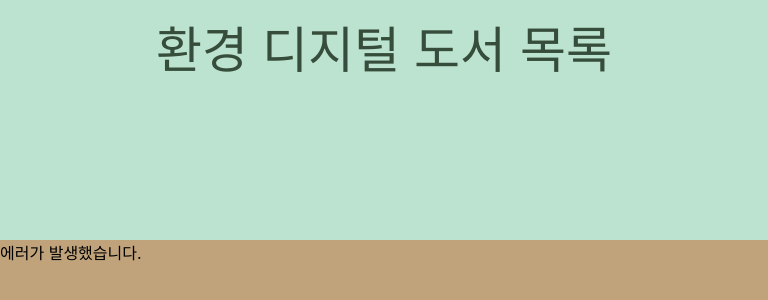
Repository: sojihwan/API
Page: / (app in contents/)
These files come from the project's save history. The page is drawn as it stood at one moment and after a run of saves; the edit follows.
The browser window is 768 px wide. The pictures show the whole page.
The page's requests for data from a server got no answer. The project was rebuilt for these pictures with package versions that can differ from the ones it lists, and the page was loaded fresh each time. No one was signed in, and anything a server would have sent is missing. Also part of the build but not shown: contents/src/css/Select.css, contents/src/css/Modal.css, contents/src/content/Modal.js.

Above is the page before, as saved 2022-05-26 13:29:32.

After the next 2 saves:
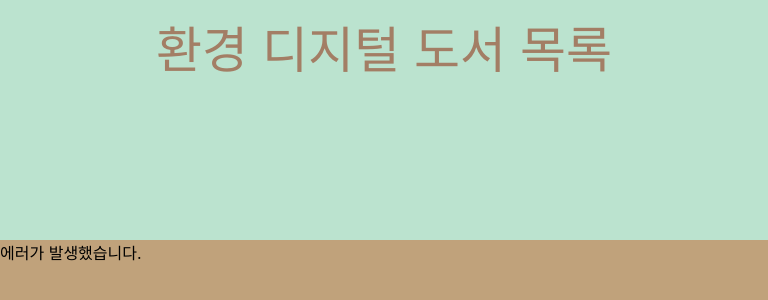
The 2 saves are shown as one change because they came seconds apart.
The last was saved 13 s later.
--- a/contents/src/css/Header.css
+++ b/contents/src/css/Header.css
@@ -10,7 +10,7 @@
 header{
   text-align: center;
   font-size: 50px;
-  color: rgb(55, 77, 59);
+  color: rgb(163, 126, 101);
 }
 p{
   margin-top: 10px;
